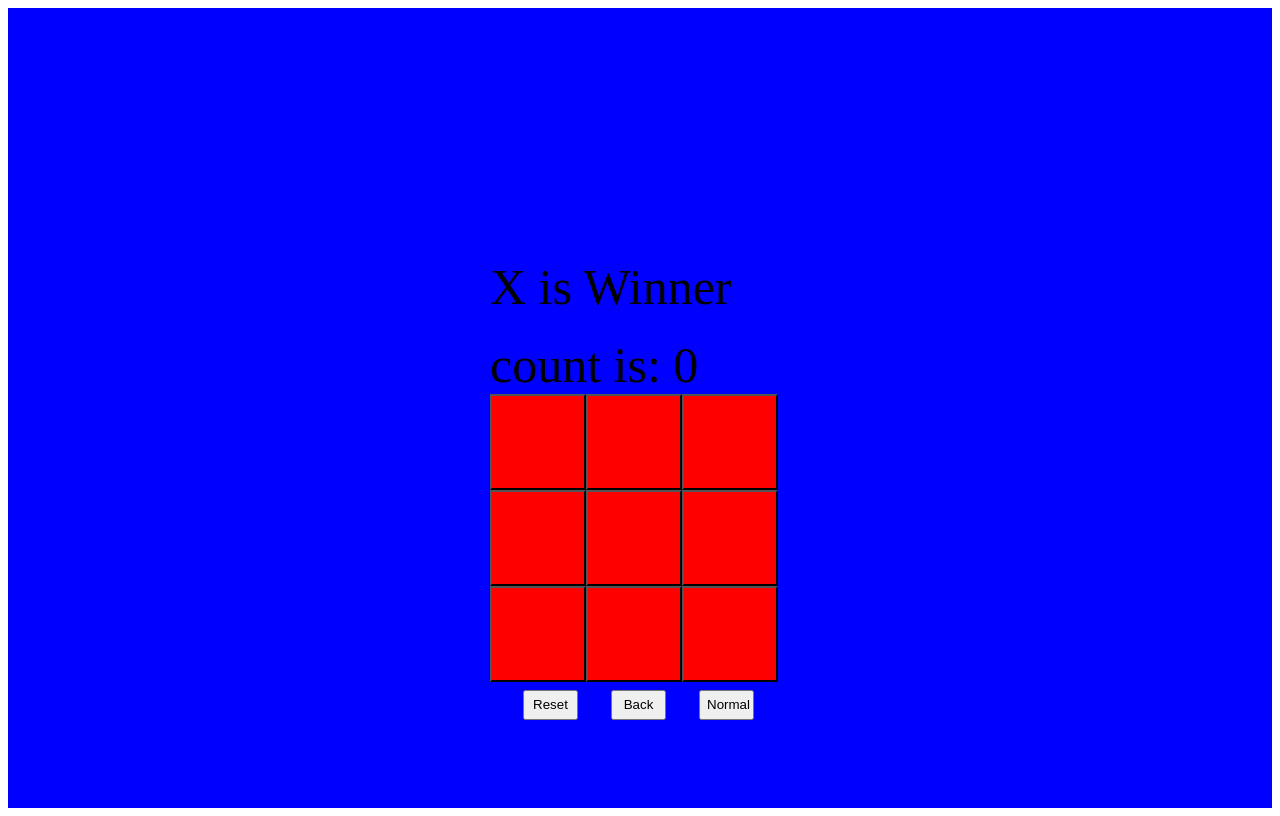
Repository: Mush-s/Folio-OX
Page: /
These files come from the project's save history. The page is drawn as it stood at one moment and after the next save; the edit follows.
The browser window is 1280 px wide. The pictures show the whole page.
The project was rebuilt for these pictures with package versions that can differ from the ones it lists, and the page was loaded fresh each time.

Above is the page before, as saved 2022-09-02 11:14:49.

### src/index.js
import { createRoot } from "react-dom/client";
import App from "./App";
const container = document.getElementById("root");
const root = createRoot(container);
root.render(<App />);

### src/App.js
import "./App.css";
import Game from "./Game/Game";

const App = () => {
  return (
    <div className="app">
      <Game />
    </div>
  );
};

export default App;

### src/App.css
.app {
  position: relative;
  height: 50em;
  background-color: blue;
}

### src/Game/Game.js
import { useEffect, useState } from "react";
import Cell from "./Cell";
import { Pattern } from "../Patterns/Pattern";
import GameOver from "../GameOver/GameOver";

import "./Game.css";

const Game = () => {
  const [player, setPlayer] = useState("O");
  const [countDown, setCountDown] = useState(8);
  const [gameOver, setGameOver] = useState(false);
  const [result, setResult] = useState();
  const [mode, setMode] = useState("Normal");
  const [time, setTime] = useState(5);

  const [cellValues, setCellValues] = useState([
    "",
    "",
    "",
    "",
    "",
    "",
    "",
    "",
    "",
  ]);

  useEffect(() => {
    checkWin();
  });

  let timer;
  const updataCount = () => {
    timer = setInterval(() => {
      setTime((preC) => preC - 1);
    }, 1000);

    if (time === 0) {
      clearInterval(timer);
      if (player === "O") {
        setResult("X is Winner");
      }
      if (player === "X") {
        setResult("O is Winner");
      }
    }
  };

  useEffect(() => {
    updataCount();
    console.log(time);
    return () => clearInterval(timer);
  });

  useEffect(() => {
    setTime(5);
  }, [player]);

  const isCellEmpty = (index) => cellValues[index] === "";

  //Cell Clicked ここから

  const clickHandler = (index) => {
    if (isCellEmpty(index)) {
      setCountDown(countDown - 1);
      const newCellValues = [...cellValues];
      newCellValues[index] = player;
      setCellValues(newCellValues);

      if (player === "O") {
        setPlayer("X");
      } else {
        setPlayer("O");
      }

      if (countDown === 0) {
        setGameOver(true);
        setResult("引き分けです");
      }
      // Repaint mode 処理
    } else {
      if (mode === "Repaint") {
        setCountDown(countDown - 1);
        const newCellValues = [...cellValues];
        newCellValues[index] = player;
        setCellValues(newCellValues);

        if (player === "O") {
          setPlayer("X");
        } else {
          setPlayer("O");
        }
      }
      setMode("Normal");
    }
  };

  //Reset Button ここから

  const resetHandler = () => {
    setPlayer("O");
    setCountDown(8);
    setCellValues(["", "", "", "", "", "", "", "", ""]);
    setResult();
  };

  //Back button ここから

  const backHandler = () => {
    // setCountDown(countDown + 1);
    // const backedValues = [...cellValues]
    // setCellValues(backedValues)
    // if (player === "O") {
    //   setPlayer("X");
    // } else {
    //   setPlayer("O");
    // }
  };

  //Change button ここから

  const ChangeHandler = () => {
    if (mode === "Normal") {
      setMode("Repaint");
    }
    if (mode === "Repaint") {
      setMode("Normal");
    }
  };
  //勝ち負け判定

  const checkWin = () => {
    Pattern.forEach((currPa) => {
      const firstPlayer = cellValues[currPa[0]];
      if (firstPlayer === "") return;
      console.log(cellValues[currPa[0]]);
      let foundWiiningPattern = true;
      currPa.forEach((i) => {
        if (cellValues[i] !== firstPlayer) {
          foundWiiningPattern = false;
        }
      });

      if (foundWiiningPattern) {
        if (player === "O") {
          setResult("X is Winner");
          setGameOver(true);
        } else {
          setResult("O is Winner");
          setGameOver(true);
        }
      }
    });
  };
  return (
    <div className="game">
      <div className="result">{result}</div>
      {!gameOver && <div className="timer">count is: {time}</div>}
      {cellValues.map((value, index) => (
        <Cell key={index} value={value} onClick={() => clickHandler(index)} />
      ))}
      <GameOver
        mode={mode}
        onClick={resetHandler}
        onBack={backHandler}
        onChange={ChangeHandler}
      />
    </div>
  );
};

export default Game;

### src/Game/Cell.js
import "./Cell.css";

const Cell = (props) => {
  return (
    <div className="cell flat border">
      <button onClick={props.onClick}>{props.value}</button>
    </div>
  );
};

export default Cell;

### src/Patterns/Pattern.js
export const Pattern = [
  [0, 1, 2],
  [3, 4, 5],
  [6, 7, 8],
  [0, 3, 6],
  [1, 4, 7],
  [2, 5, 8],
  [0, 4, 8],
  [2, 4, 6],
];

### src/GameOver/GameOver.js
import "./GameOver.css";

const GameOver = (props) => {
  return (
    <div className="gameover">
      <button onClick={props.onClick}>Reset</button>
      <button onClick={props.onBack}>Back</button>
      <button className="changeMode" onClick={props.onChange}>
        {props.mode}
      </button>
    </div>
  );
};

export default GameOver;

### src/Game/Game.css
.game {
  position: absolute;
  top: 50%;
  left: 50%;
  margin-right: -50%;
  transform: translate(-50%, -50%);
  height: 300px;
  width: 300px;
  display: flex;
  flex-wrap: wrap;
}

.game .result {
  font-size: 50px;
  margin-bottom: 20px;
}

.game .timer{
  font-size:50px;
}

### src/Game/Cell.css
.cell {
    height: 32%;
    width: 32%;
}
.cell button{
  width:100%;
  height:100%;
  color:aqua;
  background-color: red;
}


  .flat.border:hover {
    background: #ff9300;
    color: #fff;
  }
  .flat.border:active, .flat.border:focus {
    top: 2px;
  }

### src/GameOver/GameOver.css
.gameover {
  text-align: center;
  font-size: 30px;
}

.gameover button {
  width: 55px;
  height: 30px;
  margin-left: 33px;
}

Loaded but not shown: public/index.html (common file)

After the next save:
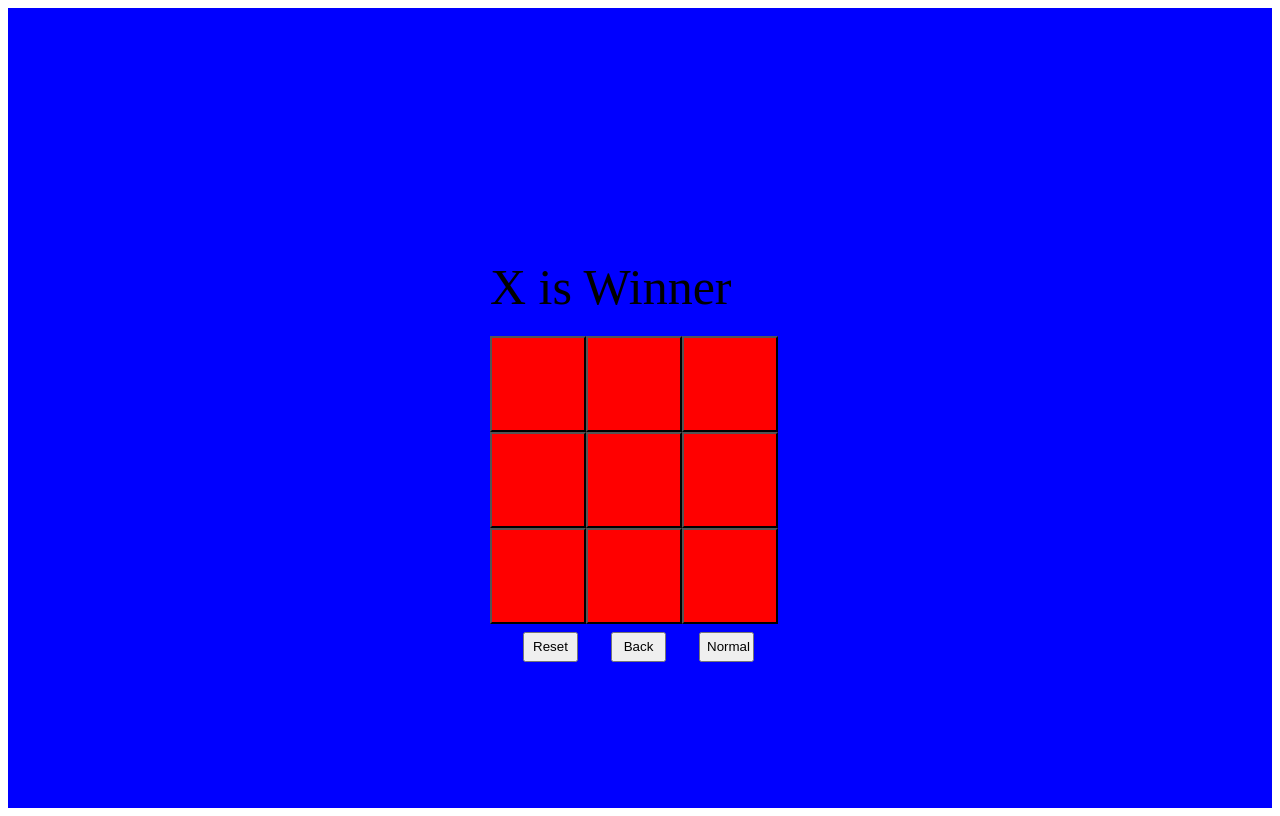
Saved 39 s later.
--- a/src/Game/Game.js
+++ b/src/Game/Game.js
@@ -39,9 +39,11 @@ const Game = () => {
       clearInterval(timer);
       if (player === "O") {
         setResult("X is Winner");
+        setGameOver(true);
       }
       if (player === "X") {
         setResult("O is Winner");
+        setGameOver(true);
       }
     }
   };
